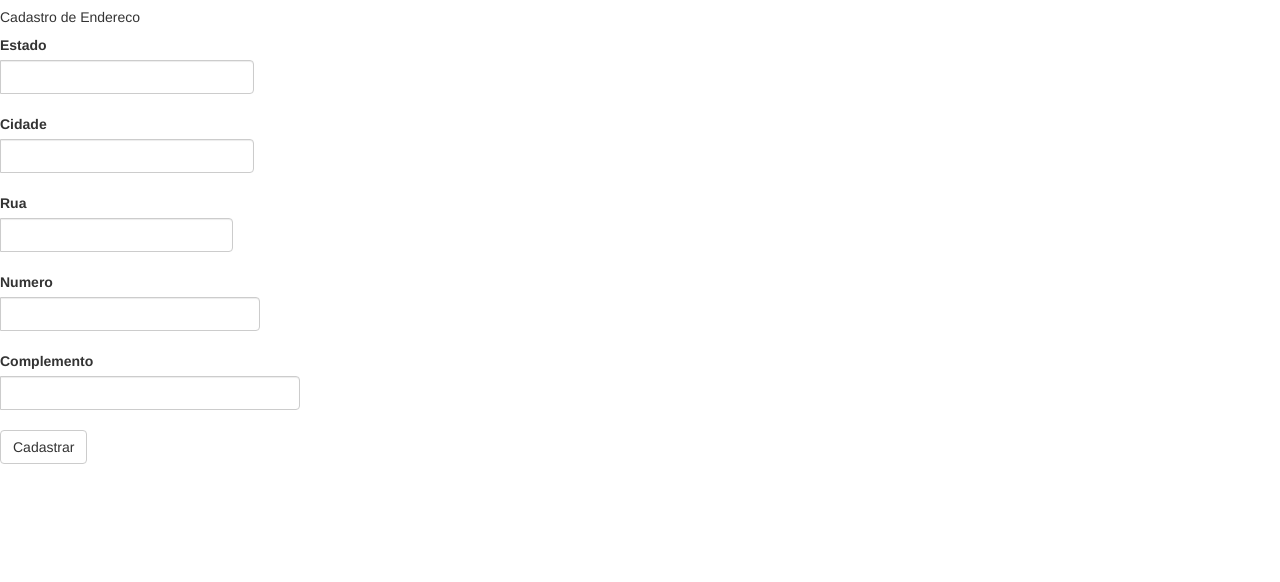
Repository: cadupedrassani/CursoDeJava
Page: Avaliação/BaseAPI/WebApp/src/main/webapp/endereco/cadastro.html
An editor plug-in stored every save of this project. The page is shown before and after the next save, followed by the edit.
The browser window is 1280 px wide. The pictures show the whole page.

Above is the page before, as saved 2016-12-05 17:00:43.

After the next save:
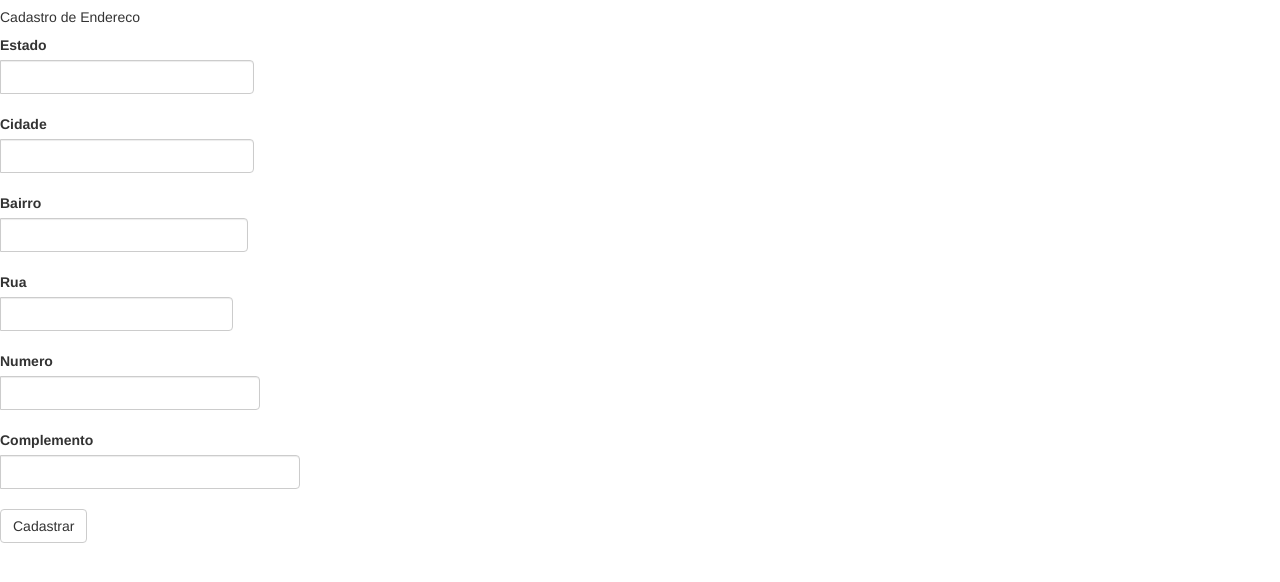
Saved 105 s later.
--- a/Avaliação/BaseAPI/WebApp/src/main/webapp/endereco/cadastro.html
+++ b/Avaliação/BaseAPI/WebApp/src/main/webapp/endereco/cadastro.html
@@ -25,6 +25,13 @@
 </div>
 </br>
 
+<div class="input-group">
+	<label>Bairro</label>
+	<input id="bairro-endereco"
+	       type="text"
+	       class="form-control"></input>
+</div>
+</br>
 <div class="input-group">
 	<label>Rua</label>
 	<input id="rua-endereco"
